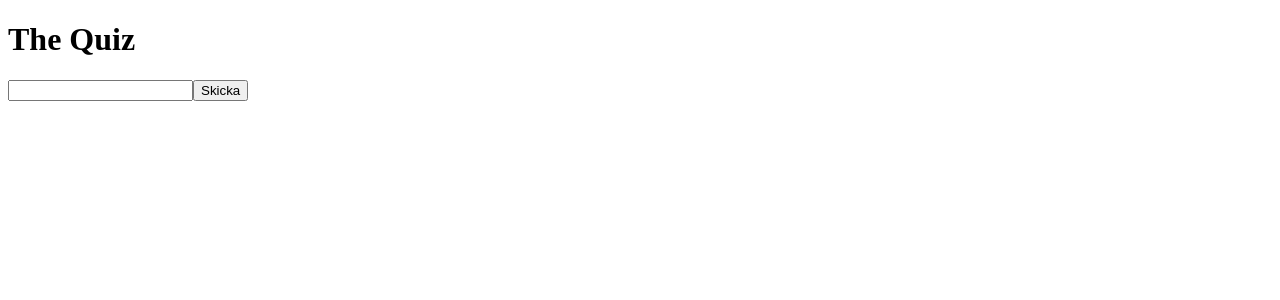
Repository: jc222fi/1dv403-laborationer
Page: 4-thequiz/index.html
The author's editor kept a record of every edit. The page is drawn from the files as they stood at one moment, then again after the next edit.
The browser window is 1280 px wide. The pictures show the whole page.
The page's requests for data from a server got no answer.

Above is the page before.

### 4-thequiz/index.html
<!DOCTYPE html>
<html>
    <head>
        <meta charset="UTF-8">
        <title>The Quiz</title>
    </head>
    <body>
        <div id="container">
            <h1>The Quiz</h1>
        </div>
        <script src="script.js"></script>
    </body>
</html>

### 4-thequiz/script.js
"use strict";

var MyForm = {

    nextURL: "http://vhost3.lnu.se:20080/question/1",
    counterArray: [],
    question: "",
    init: function(){

        MyForm.createForm();
        MyForm.getData();

    },

    //skapar formuläret för applikationen
    createForm: function(){
        var div = document.getElementById("container");
        var input = document.createElement("input");
        input.setAttribute("id", "answer");

        var button = document.createElement("button");
        button.setAttribute("id", "submit");
        button.innerHTML = "Skicka";
        var pQuestion = document.createElement("p");
        pQuestion.setAttribute("id", "text");

        div.appendChild(pQuestion);
        div.appendChild(input);
        div.appendChild(button);

    },

    //funktionalitet för att ta emot data
    getData: function(){
        var xhr = new XMLHttpRequest();
        var pQuestion = document.getElementById("text");
        var data = "";

        xhr.onreadystatechange = function(){

            if(xhr.readyState === 4){
                //om allt är ok och vi kommunicerar med servern hanterar vi datan vi får
                if(xhr.status === 200||xhr.status === 304){
                    data = JSON.parse(xhr.responseText);
                    MyForm.question = data.question;
                    pQuestion.innerHTML = MyForm.question;
                    MyForm.nextURL = data.nextURL;
                    MyForm.sendData();

                }
                //annars kollar vi om det är slut på frågor eller om nåt gått fel
                else{
                    //om frågorna är slut är quizet slut, statistik om antal gissningar per fråga presenteras
                    if(MyForm.nextURL === undefined){
                        console.log("Spelet slut");
                        for(var i=0; i<MyForm.counterArray.length;i++){
                            var pResult = document.createElement("p");
                            document.getElementById("container").appendChild(pResult);
                            pResult.innerHTML = "På fråga "+(i+1)+" krävdes "+MyForm.counterArray[i]+" försök.";
                        }
                    }
                    //annars är något fel
                    else{
                        console.log("FEL GET");
                    }
                }
            }
        };

        xhr.open("GET", MyForm.nextURL, true);
        xhr.send(null);
    },

    //funktionalitet för att skicka data
    sendData: function(){
        var xhr = new XMLHttpRequest();
        var answer = document.getElementById("answer");
        var submit = document.getElementById("submit");
        var text = document.getElementById("text");
        var data = "";
        var counter = 0;

        //skicka data först när användaren klickar på knappen
        submit.onclick = function(){
            xhr.onreadystatechange = function(){

                if(xhr.readyState === 4){
                    counter +=1;
                    console.log(counter);
                    data = JSON.parse(xhr.responseText);
                    //om användaren svarar rätt vill vi ha fram nästa fråga
                    if(xhr.status === 200||xhr.status === 304){
                        MyForm.counterArray.push(counter);
                        text.innerHTML = data.message;
                        MyForm.nextURL = data.nextURL;
                        setTimeout(function(){
                            MyForm.getData();
                        }, 1000);
                    }
                    //annars är det fel och vi vill ha samma fråga igen
                    else{
                        text.innerHTML = data.message;
                        setTimeout(function(){
                            text.innerHTML = MyForm.question;
                        }, 1000);
                    }
                }
            };
            xhr.open("POST", MyForm.nextURL, true);
            xhr.setRequestHeader("Content-Type", "application/json");
            var returnData = {
                "answer": answer.value
            };
            xhr.send(JSON.stringify(returnData));
        };
    }
};
window.onload = MyForm.init;

After the next edit:
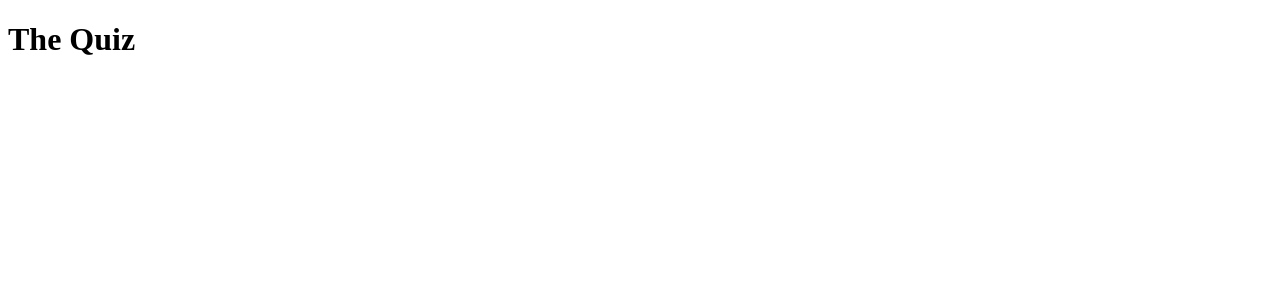
Console error: ReferenceError: pQuestion is not defined
The edit:
--- a/4-thequiz/script.js
+++ b/4-thequiz/script.js
@@ -21,8 +21,9 @@
         var button = document.createElement("button");
         button.setAttribute("id", "submit");
         button.innerHTML = "Skicka";
-        var pQuestion = document.createElement("p");
-        pQuestion.setAttribute("id", "text");
+
+        var pText = document.createElement("p");
+        pText.setAttribute("id", "text");
 
         div.appendChild(pQuestion);
         div.appendChild(input);

After the edit that followed:
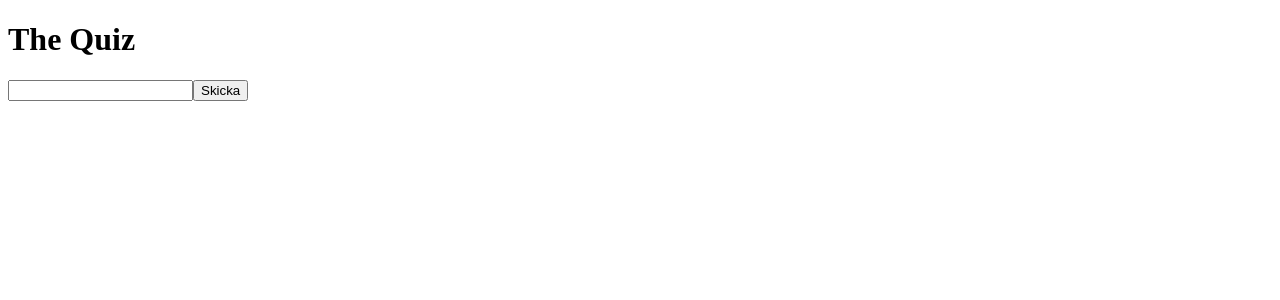
The error is gone.
The edit:
--- a/4-thequiz/script.js
+++ b/4-thequiz/script.js
@@ -25,7 +25,7 @@
         var pText = document.createElement("p");
         pText.setAttribute("id", "text");
 
-        div.appendChild(pQuestion);
+        div.appendChild(pText);
         div.appendChild(input);
         div.appendChild(button);
 
